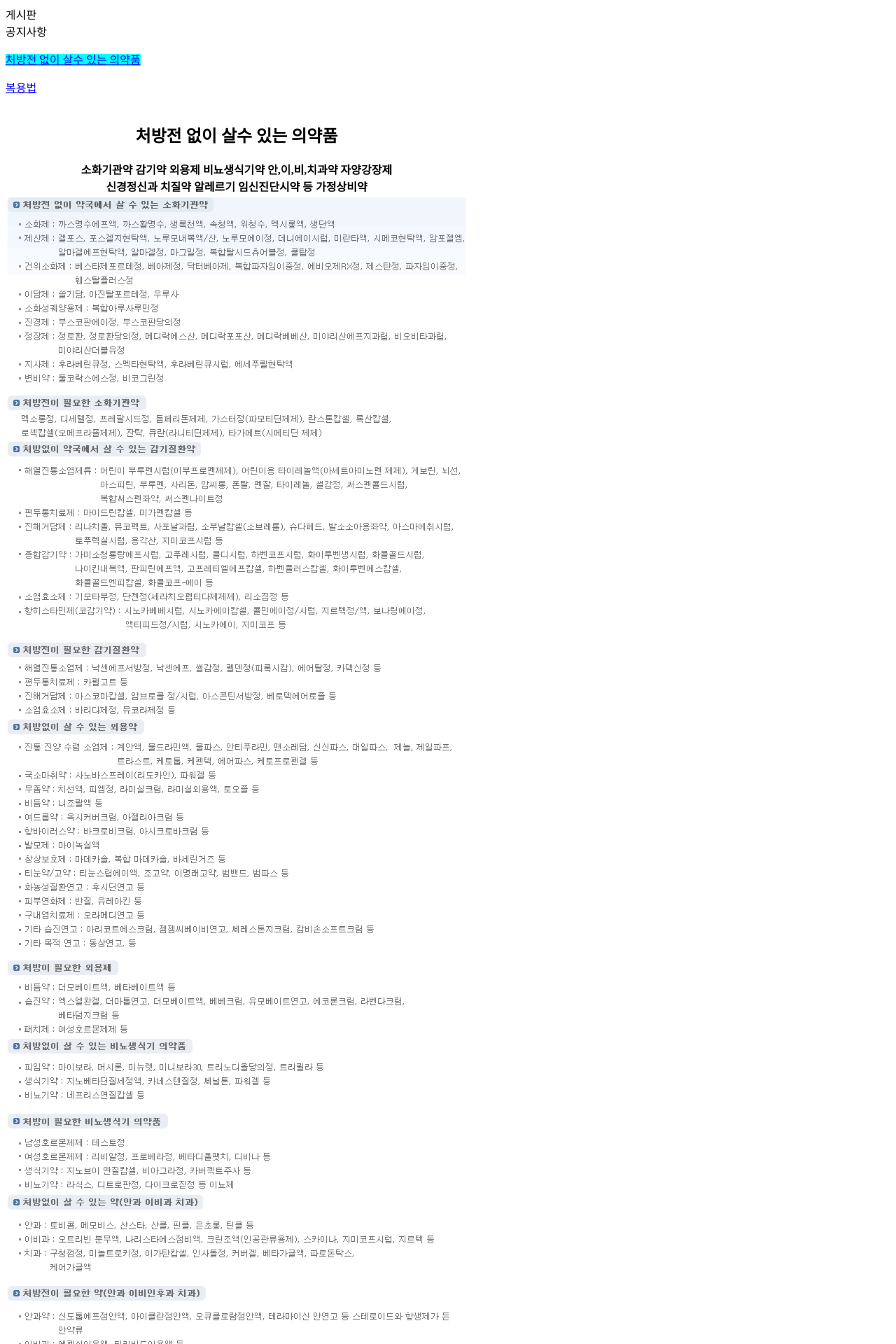
Repository: letzbegin/Study
Page: http://localhost/portfolio/WEB-INF/views/pillinfo/pill_nonprescription.jsp
The author's editor kept a copy of each file at every save. The page is drawn from the files as they stood at one save, then again after the next save.
The browser window is 1280 px wide. The pictures show the part of the page from y = 0 to 1920 px (the page is 2851 px tall before and 2811 px after), at 70% of full size.
The page is served by Tomcat 9. Nobody is signed in. The template is opened directly, without the code that normally fills it, so the values that code supplies are empty.

Above is the page before, as saved 2018-10-15 04:51:26.

After the next save:
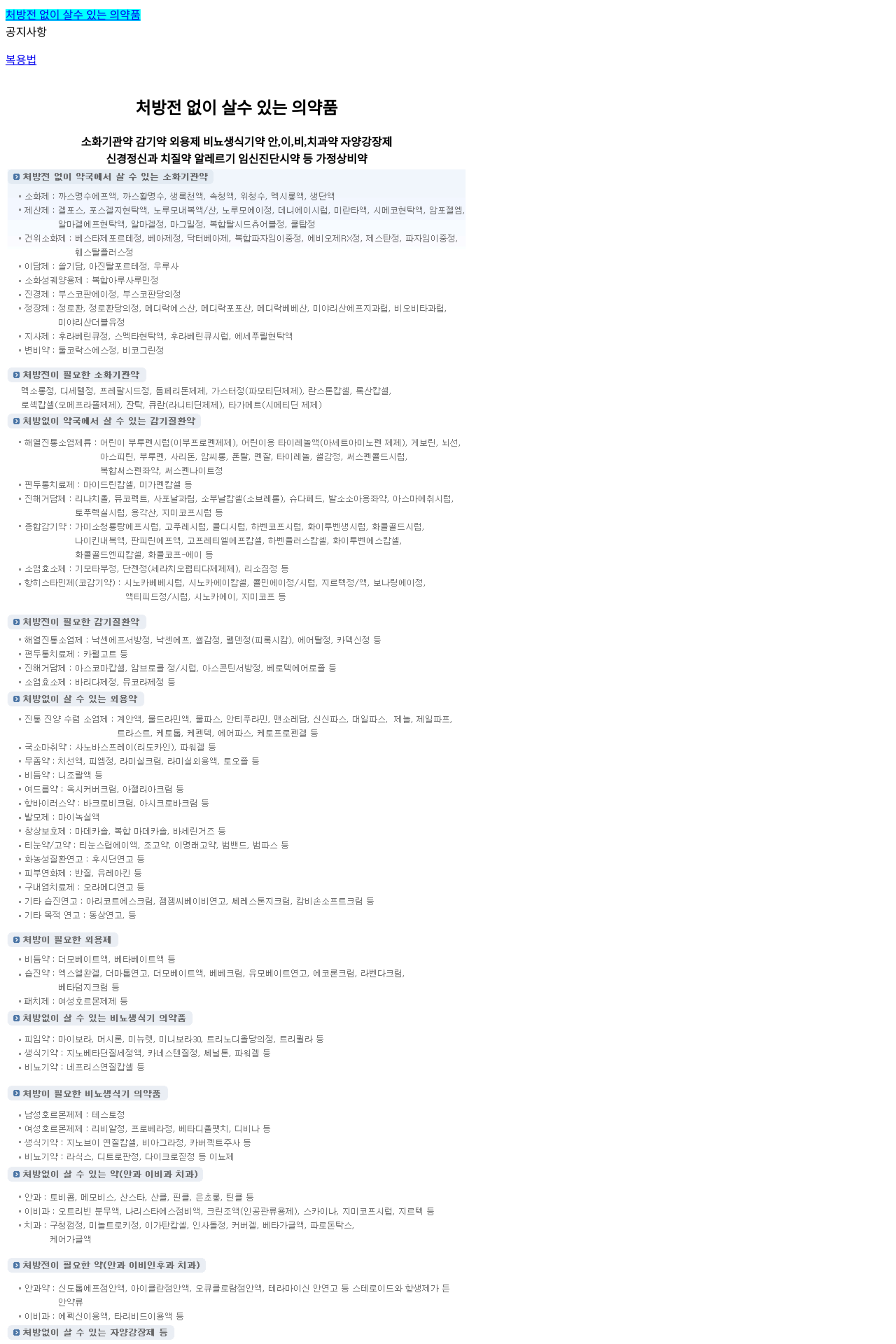
Saved 12 s later.
--- a/pol/portfolio/src/main/webapp/WEB-INF/views/pillinfo/pill_nonprescription.jsp
+++ b/pol/portfolio/src/main/webapp/WEB-INF/views/pillinfo/pill_nonprescription.jsp
@@ -14,11 +14,11 @@
 		<div class="row content">
 			<div class="col-sm-3">
 			<div class="panel panel-default">
-					<div class="panel-heading">게시판</div>
+					<div class="panel-heading"><a href="pillnon" style="background: aqua;">처방전 없이 살수 있는 의약품</a></div>
 					<div class="panel-body">공지사항</div>
 				</div>
 				<p>
-					<a href="pillnon" style="background: aqua;">처방전 없이 살수 있는 의약품</a>
+
 				</p>
 				<p>
 					<a href="pillusage">복용법</a>
